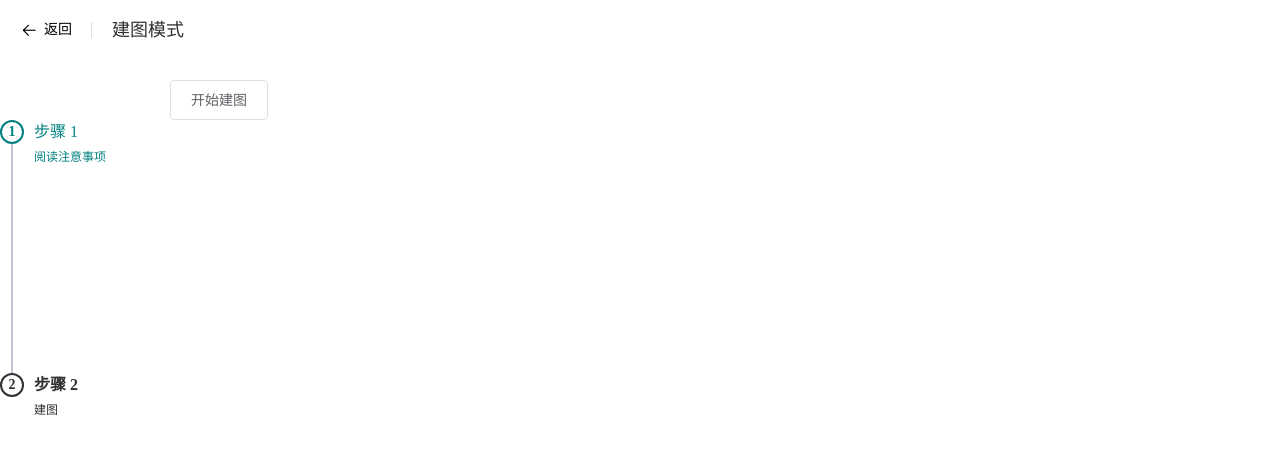
Repository: Forever518/BUAA_SE_Embedded_2021
Page: /#/Build (app in web/ros_web/)
These files come from the project's save history. The page is drawn as it stood at one moment and after the next save; the edit follows.
The browser window is 1280 px wide. The pictures show the whole page.
The project was rebuilt for these pictures with package versions that can differ from the ones it lists, and the page was loaded fresh each time. Also part of the build but not shown: web/ros_web/src/components/home.vue, web/ros_web/src/components/settings.vue, web/ros_web/src/components/help.vue, web/ros_web/src/components/about.vue, web/ros_web/src/views/Main.vue, web/ros_web/src/views/Mark.vue, web/ros_web/src/components/buildings.vue, web/ros_web/src/views/Serve.vue.

Above is the page before, as saved 2021-05-08 14:05:58.

After the next save:
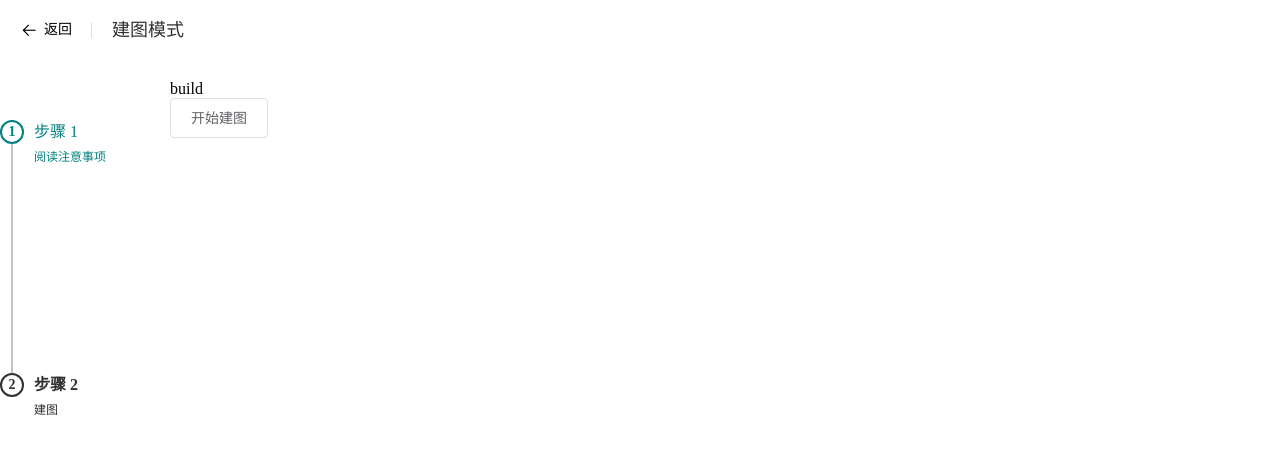
Saved 73 s later.
--- a/web/ros_web/src/views/Build.vue
+++ b/web/ros_web/src/views/Build.vue
@@ -15,7 +15,7 @@
       </el-aside>
       <el-container>
         <el-main>
-          <attentions @gochild="to" :type="build" v-if="step === 'attentions'"></attentions>
+          <attentions @gochild="to" :type="type" v-if="step === 'attentions'"></attentions>
           <building v-if="step === 'building'"></building>
         </el-main>
       </el-container>
